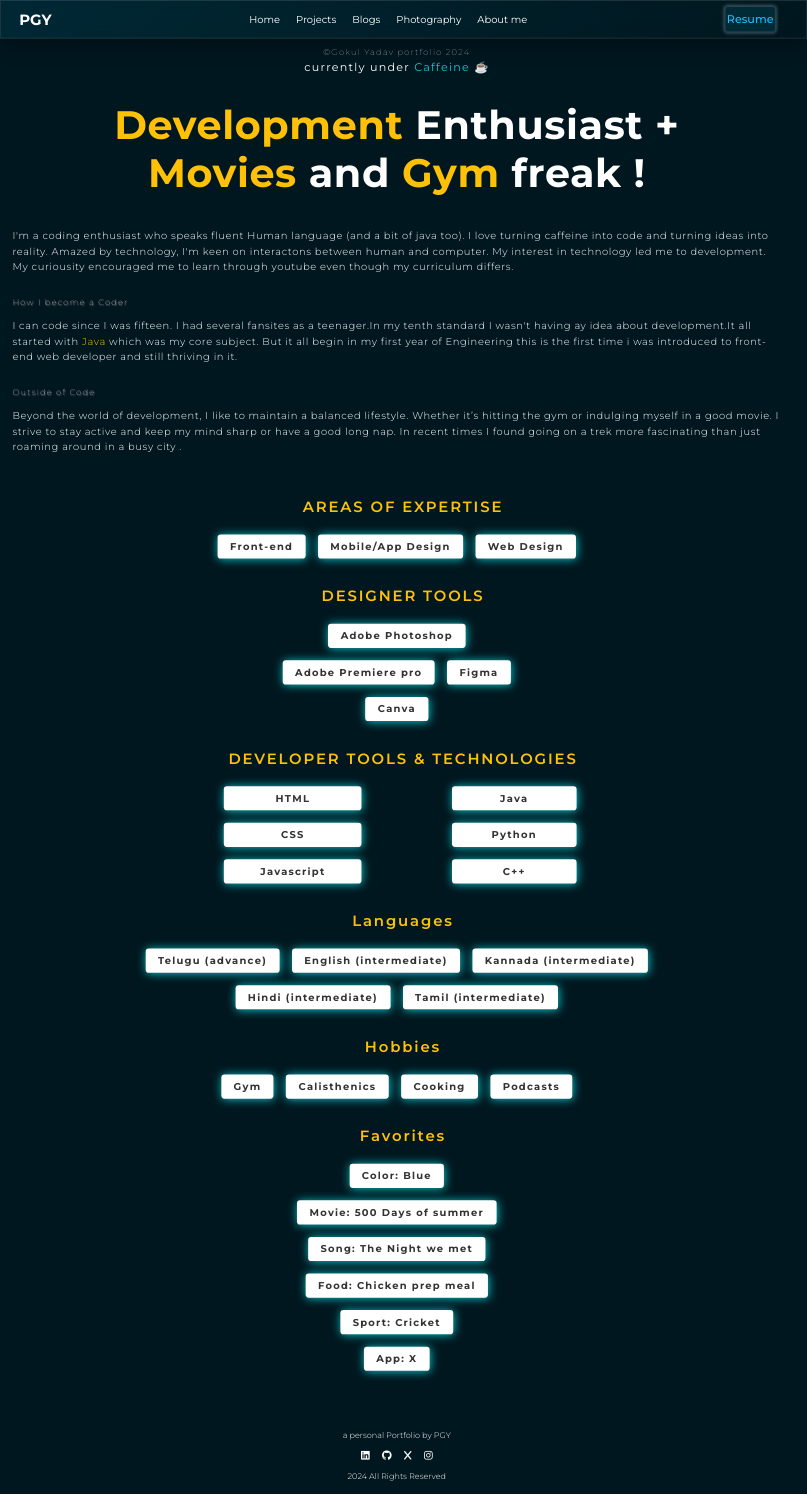
Repository: pgyunknown/pgyunknown
Page: aboutme.html
An editor plug-in stored every save of this project. The page is shown before and after a run of saves, followed by the edit.
The browser window is 1280 px wide. The page is 1302 px wide, so the pictures cover 1302 px, including what lies to the right of the window. The pictures show the whole page, at 62% of full size.
Some web libraries are served in a nearby version.

Above is the page before, as saved 2024-08-25 14:57:38.

After the next 3 saves:
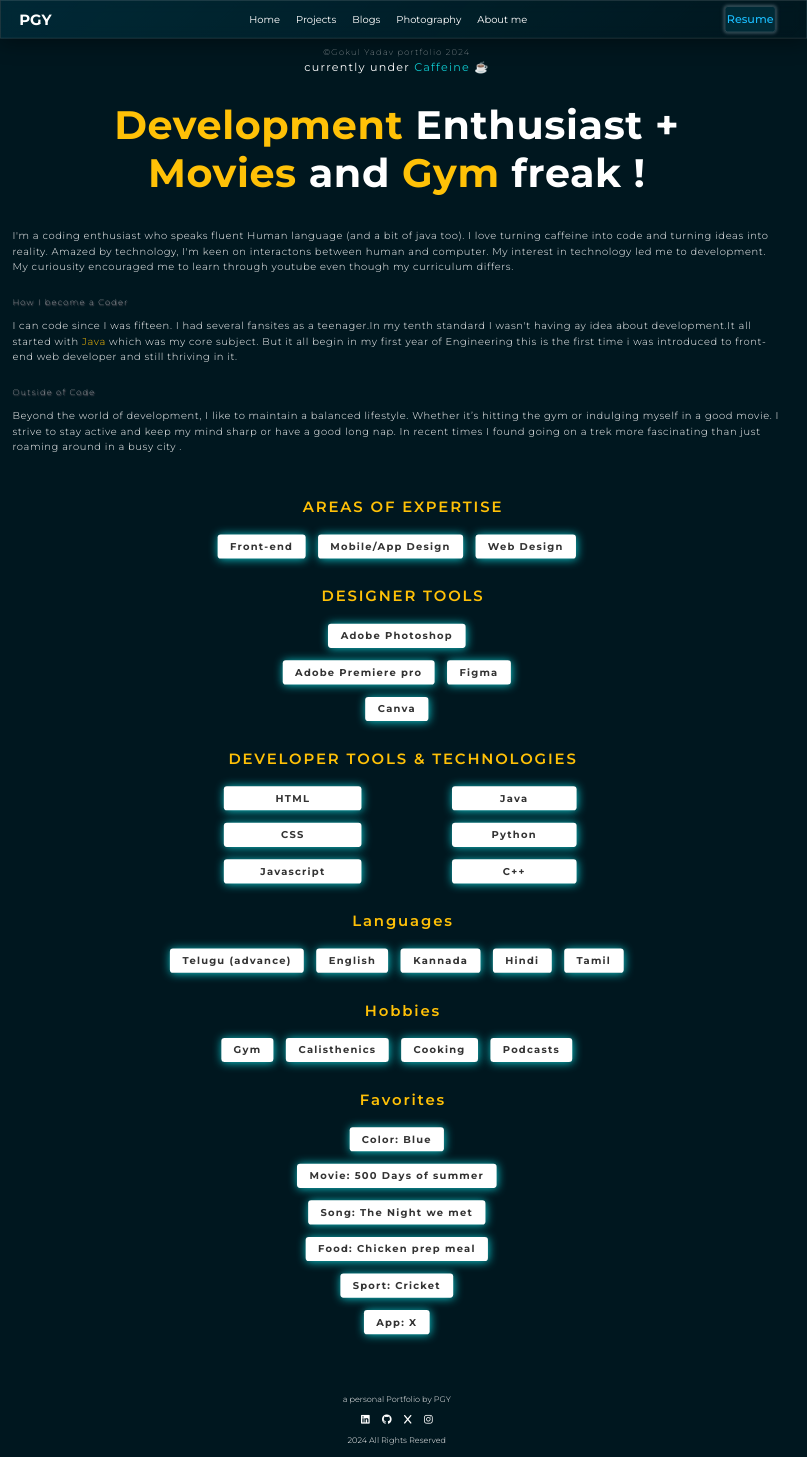
The 3 saves are shown as one change because they came seconds apart.
The last was saved 32 s later.
--- a/aboutme.html
+++ b/aboutme.html
@@ -110,10 +110,10 @@
         <div class="areas">
             <ul>
                     <li>Telugu <span>(advance)</span></li>
-                    <li>English (intermediate)</li>
-                    <li>Kannada (intermediate)</li>
-                    <li>Hindi (intermediate)</li>
-                    <li>Tamil (intermediate)</li>
+                    <li>English <span></span></li>
+                    <li>Kannada <span></span></li>
+                    <li>Hindi <span></span></li>
+                    <li>Tamil <span></span></li>
             </ul>
         </div><br><br>
 
